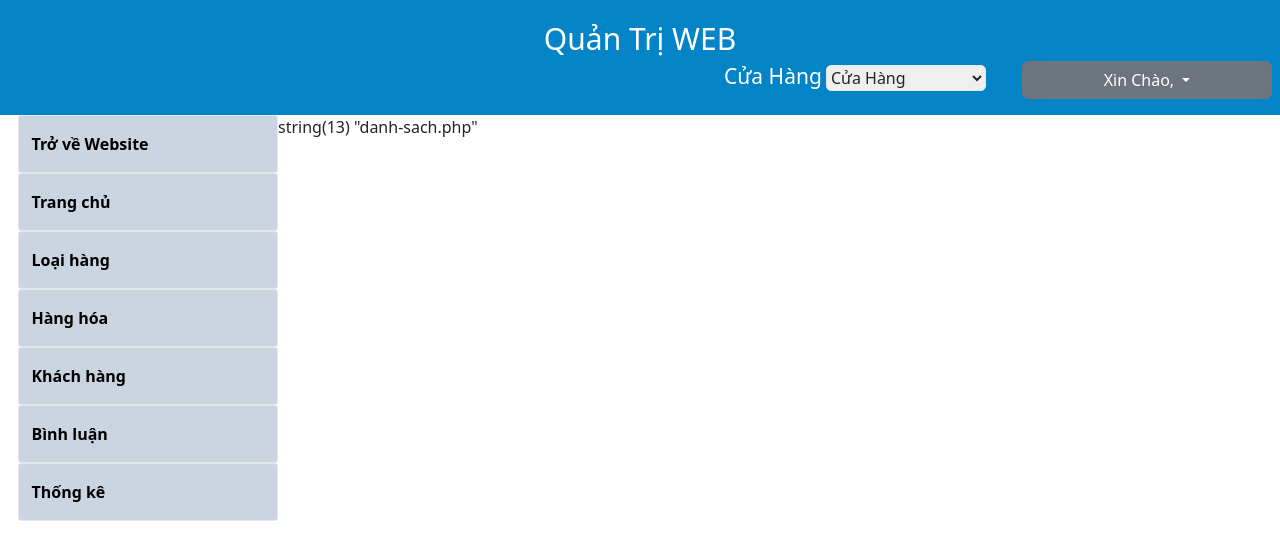
Repository: Leduc20/Website-Shopping-Clothes-Men-master
Page: http://localhost/webbanhang/admin/?danh-muc
The author's editor kept a copy of each file at every save. The page is drawn from the files as they stood at one save, then again after a run of saves.
The browser window is 1280 px wide. The pictures show the whole page.
Some web fonts or font styles are not loaded; a fallback is used. Some web libraries are served in a nearby version. The page is run by PHP 8.4 with error messages shown; the project is at /var/www/html/.

Above is the page before, as saved 2022-11-14 19:13:34.

### admin/index.php
<?php
    require_once '../global.php';
    require_once '../model/pdo.php';
    if(isset($_GET['danh-muc'])){
        $VIEW_AD = './danh-muc/index.php';
    }
    else{
        $VIEW_AD = 'home.php';
    }
    // require_once '../admin/danh-muc/index.php';

    include_once '../admin/layout.php';

?>

### global.php
<?php

function dd(){
    echo "<pre>";
    $args = func_get_args();
    var_dump($args);
    die;
}


const BASE_URL = "http://localhost/WEBBANHANG/";
const SITE_URL = BASE_URL . "site/index.php";
const ADMIN_BASE = BASE_URL . 'admin/';


?>

### model/pdo.php
<?php
const DBNAME = "mvc";
const DBUSER = "root";
const DBPASS = "";
const DBCHARSET = "utf8";
const DBHOST = "127.0.0.1";

// tạo kết nối từ project php sang mysql
function getConnect(){
    $connect = new PDO("mysql:host=" . DBHOST
                        . ";dbname=" . DBNAME
                        . ";charset=" . DBCHARSET,
                        DBUSER,
                        DBPASS
            );
    return $connect;
}



function pdo_query_all($query){
    // select * from users where email = ? or role_id = ?

    $args = func_get_args();
    $args = array_slice($args, 1);

    $conn = getConnect();

    $stmt = $conn->prepare($query);
    $stmt->execute($args);
    $data = $stmt->fetchAll();
    if(count($data) > 0){
        return $data;
    }

    return [];

}


function pdo_query_one($query){
    // select * from users where email = ? or role_id = ?

    $args = func_get_args();
    $args = array_slice($args, 1);

    $conn = getConnect();

    $stmt = $conn->prepare($query);
    $stmt->execute($args);
    $data = $stmt->fetch();
    if(count($data) > 0){
        return $data;
    }
    return null;

}


function pdo_execute_get_id($query){

    $args = func_get_args();
    $args = array_slice($args, 1);

    $conn = getConnect();

    $stmt = $conn->prepare($query);
    $stmt->execute($args);
    $lastId =  $conn->lastInsertId();
    return $lastId;
}


function pdo_execute($query){

    $args = func_get_args();
    $args = array_slice($args, 1);

    $conn = getConnect();

    $stmt = $conn->prepare($query);
    $stmt->execute($args);

}
?>

### admin/layout.php
<!DOCTYPE html>
<html lang="en">

<head>
    <meta charset="UTF-8">
    <meta http-equiv="X-UA-Compatible" content="IE=edge">
    <meta name="viewport" content="width=device-width, initial-scale=1.0">
    <title>Show_Product</title>
    <script src="https://cdn.tailwindcss.com"></script>
    <link rel="stylesheet" href="https://cdn.jsdelivr.net/npm/bootstrap@5.2.0/dist/css/bootstrap.min.css">
    <script src="https://cdn.jsdelivr.net/npm/bootstrap@5.2.0/dist/js/bootstrap.bundle.min.js"></script>
    <link rel="stylesheet" href="../public/icon/fontawesome-free-6.1.1-web/css/all.min.css">
    <script src="https://ajax.aspnetcdn.com/ajax/jQuery/jquery-3.2.1.min.js"></script>
    <script src="http://ajax.aspnetcdn.com/ajax/jquery.validate/1.9/jquery.validate.min.js" type="text/javascript"></script>
</head>

<body>
    <section class="">
        <section class="bg-sky-600 py-3 px-2">
            <?php include_once $VIEW_ADMIN = 'header.php'; ?>
        </section>
        <div class="flex px-2">
            <div>
                <?php include_once $VIEW_ADMIN = 'menu.php'; ?>
            </div>
            <div>
                <?php include_once $VIEW_AD;
                var_dump($VIEW_AD) ?>
            </div>
        </div>
    </section>
</body>

</html>

### admin/header.php
<p class="text-center text-white text-[30px]">Quản Trị WEB</p>
        <div class="flex justify-end">
            <form action="">
                <span class="text-white text-[21px]">Cửa Hàng</span>
                <select name="" id="" class="border-[1px] w-[160px] rounded-[5px]">
                    <option value="">Cửa Hàng</option>
                    <option value="">A</option>
                    <option value="">b</option>
                    <option value="">c</option>
                </select>
            </form>
            <div class="dropdown ml-9 w-[250px]">
                <span class="btn btn-secondary dropdown-toggle w-[250px]" href="#" role="button" data-bs-toggle="dropdown" aria-expanded="false">

                    Xin Chào,<?php
                                if (isset($_SESSION['user'])) {
                                    extract($_SESSION['user']);
                                    echo '<span class="">' . $name . '</span>';
                                }

                                ?>
                </span>

                <ul class="dropdown-menu">
                    <li><a class="dropdown-item" href="#"><i class="fa-solid fa-user"></i>Tài khoản</a></li>
                    <li><a class="dropdown-item" href="index.php?act=thoat"><i class="fa-solid fa-arrow-right-from-bracket"></i>Thoát</a></li>

                </ul>
            </div>
        </div>

### admin/menu.php
<div  class="w-[270px]">
            <ul>
                <li class="ml-[10px] py-3 ml-1 border-[1px] bg-slate-300 rounded-[3px] font-bold hover:bg-white">
                    <a class="no-underline text-black" href="<?= SITE_URL . "?list-danh-muc"?>"><i class="fa-solid fa-house"></i>Trở về Website</a>
                </li>
                <li class="ml-[10px] py-3 ml-1 border-[1px] bg-slate-300 rounded-[3px] font-bold hover:bg-white">
                    <a class="no-underline text-black" href="index.php"><i class="fa-solid fa-store"></i>Trang chủ</a>
                </li>
                <li class="ml-[10px] py-3 ml-1 border-[1px] bg-slate-300 rounded-[3px] font-bold hover:bg-white">
                    <a class="no-underline text-black" href="<?= ADMIN_BASE . "?danh-muc"?>"><i class="fa-solid fa-list"></i>Loại hàng</a>
                </li>
                <li class="ml-[10px] py-3 ml-1 border-[1px] bg-slate-300 rounded-[3px] font-bold hover:bg-white">
                    <a class="no-underline text-black" href="index.php?act=addhh"><i class="fa-solid fa-cart-shopping"></i>Hàng hóa</a>
                <li class="ml-[10px] py-3 ml-1 border-[1px] bg-slate-300 rounded-[3px] font-bold hover:bg-white">
                    <a class="no-underline text-black" href="index.php?act=addkh"><i class="fa-solid fa-users"></i>Khách hàng</a>
                </li>
                <li class="ml-[10px] py-3 ml-1 border-[1px] bg-slate-300 rounded-[3px] font-bold hover:bg-white">
                    <a class="no-underline text-black" href="index.php?act=dsbl"><i class="fa-solid fa-comments"></i>Bình luận</a>
                </li>
                <li class="ml-[10px] py-3 ml-1 border-[1px] bg-slate-300 rounded-[3px] font-bold hover:bg-white">
                    <a class="no-underline text-black" href="index.php?act=dstk"><i class="fa-solid fa-chart-simple"></i>Thống kê</a>
                </li>
            </ul>
        </div>

### admin/danh-muc/index.php
<?php

define('__ROOT__', dirname(dirname(__FILE__)));
require_once(__ROOT__.'../../global.php');
require_once (__ROOT__.'../../model/pdo.php');
require_once (__ROOT__.'../../model/category_dao.php');
if(isset($_GET['add-danh-muc'])){
    $VIEW_AD = './danh-muc/add-danh-muc.php';
}elseif(isset($_GET['edit-danh-muc'])){
    $VIEW_AD = './danh-muc/edit-danh-muc.php';
}
else{
    $VIEW_AD = 'danh-sach.php';
}


// if(isset($_GET['tao-moi'])){
//     $VIEW_NAME = 'tao-form.php';
// }elseif(isset($_GET['sua'])){
//     $id = $_GET['id'];
//     $VIEW_NAME = 'sua-form.php';
// }elseif(isset($_GET['xoa'])){
//     require_once '../../dao/product_dao.php';
//     $id = $_GET['id'];
//     product_remove_by_cate_id($id);
//     category_remove_by_id($id);
//     header('location: ' . ADMIN_BASE . '/danh-muc/index.php');
//     die;
//     // thực hiện hành động xoá
//     // điều hướng về danh sách
// }else{
//     $VIEW_NAME = 'danh-sach.php';
// }
?>

### model/category_dao.php
<?php
function category_remove_by_id($cate_id){
    $query = "delete from categories where id = ?";
    pdo_execute($query, $cate_id);
}

?>

Loaded but not shown: site/src/font/css/all.min.css (library)

After the next 2 saves:
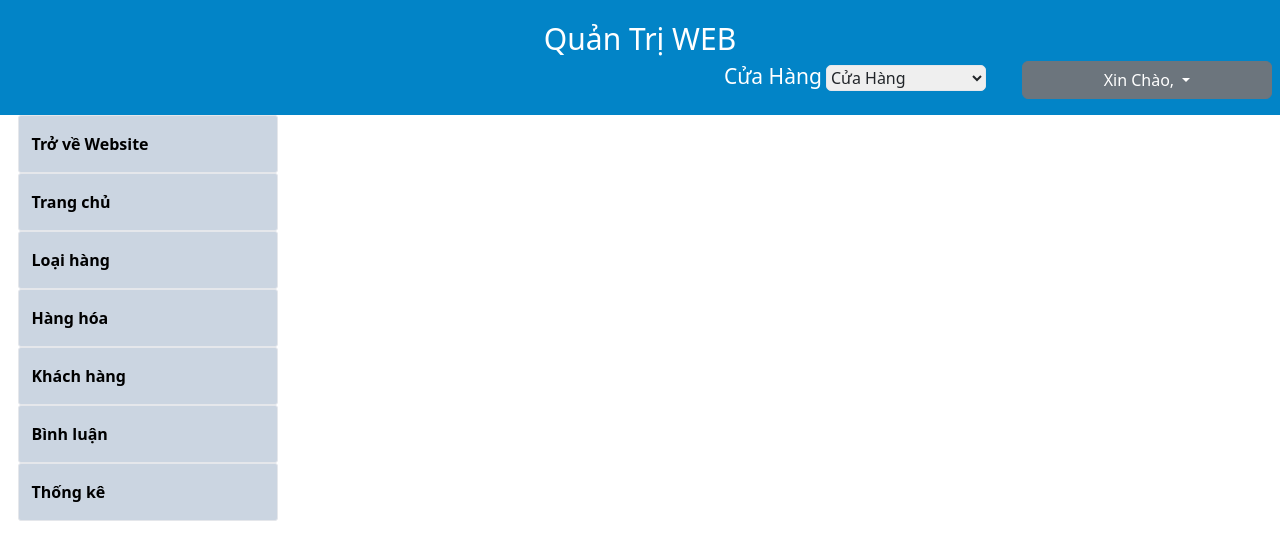
The 2 saves are shown as one change because they came seconds apart.
The last was saved 9 s later.
--- a/admin/layout.php
+++ b/admin/layout.php
@@ -24,8 +24,7 @@
                 <?php include_once $VIEW_ADMIN = 'menu.php'; ?>
             </div>
             <div>
-                <?php include_once $VIEW_AD;
-                var_dump($VIEW_AD) ?>
+                <?php include_once $VIEW_AD ?>
             </div>
         </div>
     </section>
